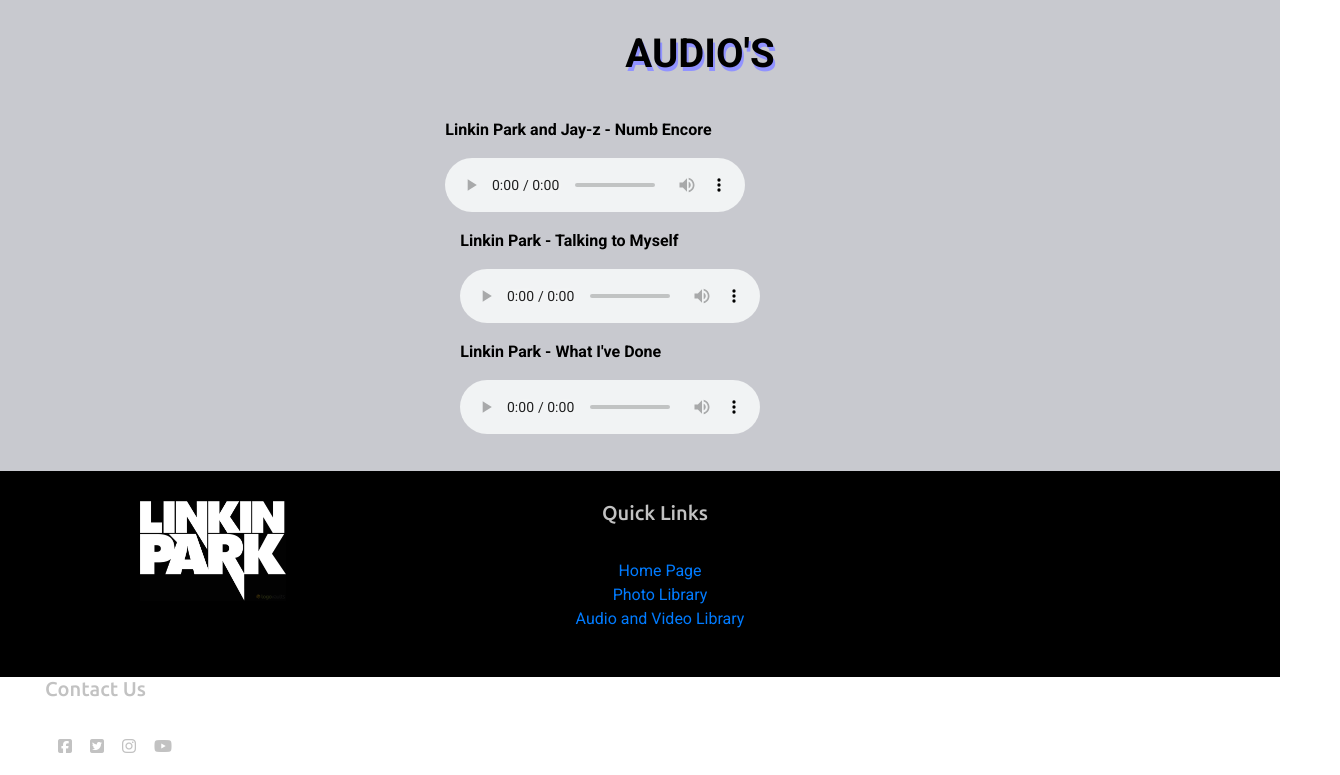
Repository: vaida898/website
Page: audio-video.html
The author's editor kept a record of every edit. The page is drawn from the files as they stood at one moment, then again after the next edit.
The browser window is 1280 px wide. The page is 1340 px wide, so the pictures cover 1340 px, including what lies to the right of the window. The pictures show the part of the page from y = 1471 to 2246 px (the page is 2246 px tall).
Some web libraries are served in a nearby version.

Above is the page before.
Console error: TypeError: Cannot read properties of undefined (reading 'fn')

After the next edit:
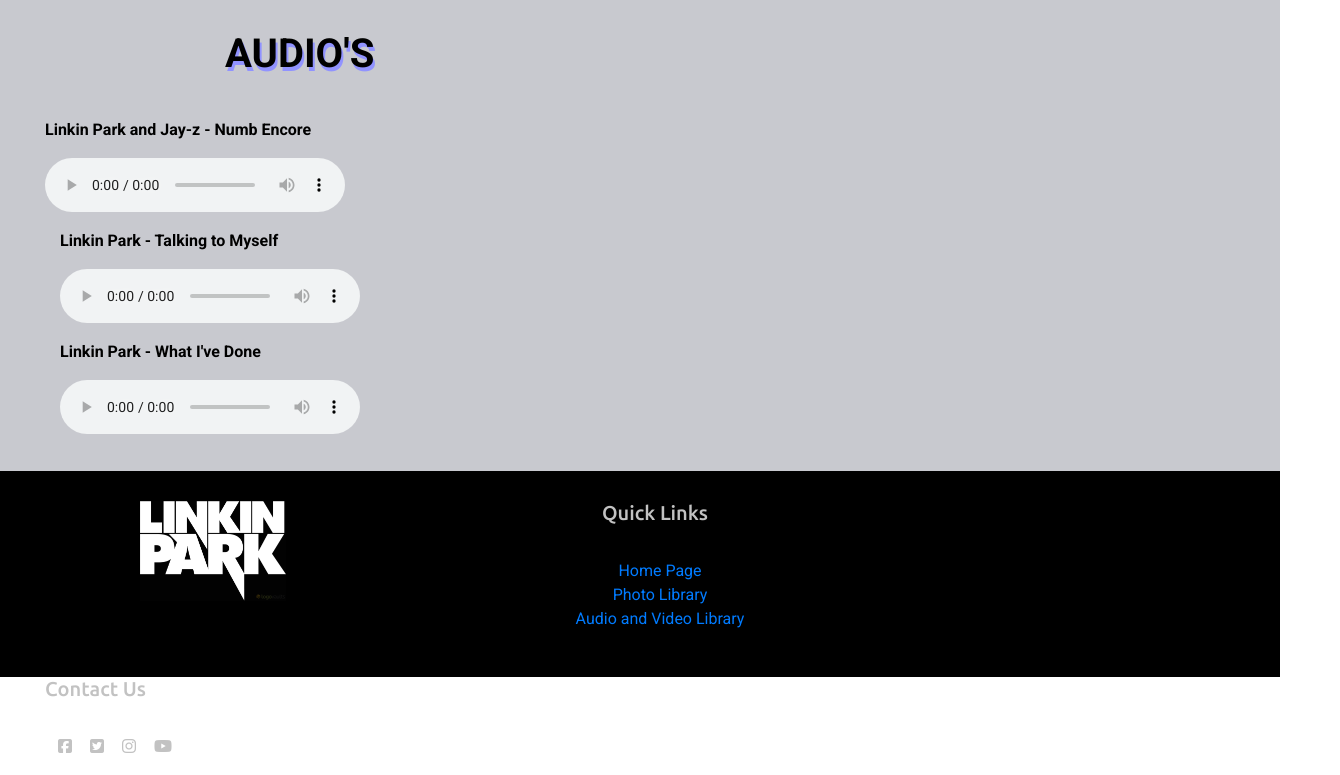
The edit:
--- a/audio-video.html
+++ b/audio-video.html
@@ -63,7 +63,7 @@
 
 
     <section class="bg-audio">
-        <div class="d-flex justify-content-center audios-container">
+        <div class="d-flex align-items-center audios-container">
             <div class="row">
                 <div class="col-12 col-md-12 col-sm-12 col-xs-12">
                     <h1 class="text-uppercase text-center audios-header">Audio's</h1>
